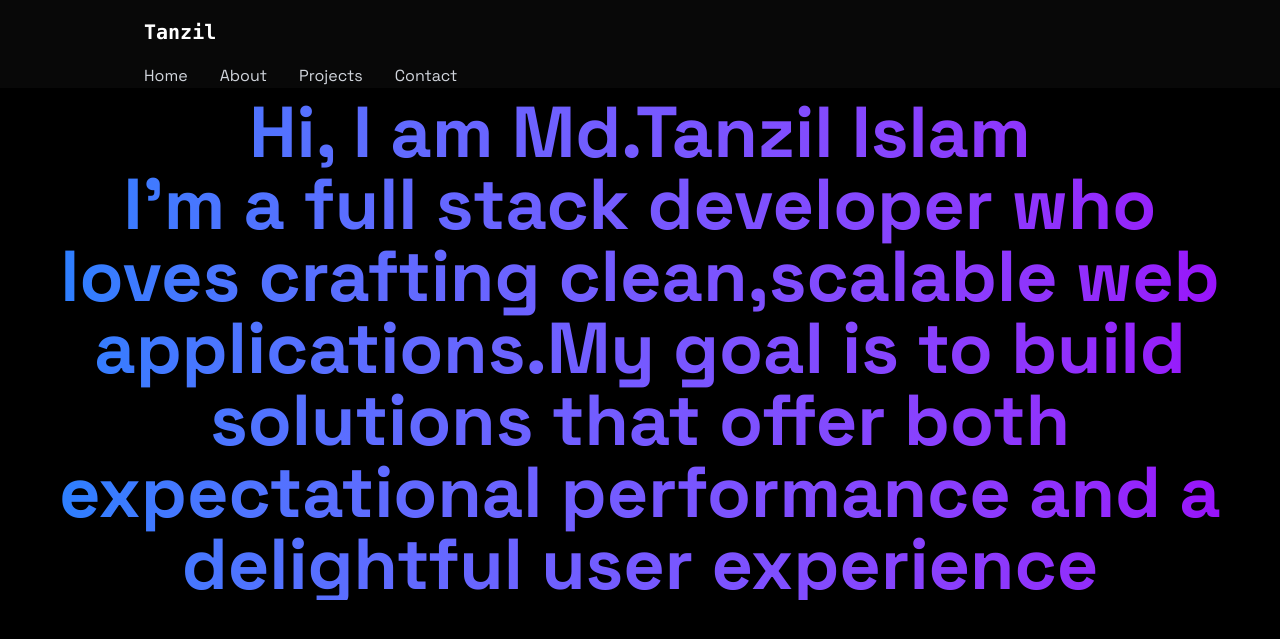
Repository: tanimtanzilislam/my_portfolio
Page: /
These files come from the project's save history. The page is drawn as it stood at one moment and after a run of saves; the edit follows.
The browser window is 1280 px wide. The pictures show the whole page.
The project was rebuilt for these pictures with package versions that can differ from the ones it lists, and the page was loaded fresh each time. Also part of the build but not shown: vite.config.js.

Above is the page before, as saved 2025-05-10 11:42:00.

### index.html
<!doctype html>
<html lang="en">
  <head>
    <meta charset="UTF-8" />
    <link rel="icon" type="image/svg+xml" href="/vite.svg" />
    <link rel="preconnect" href="https://fonts.googleapis.com" />
    <link rel="preconnect" href="https://fonts.gstatic.com" crossorigin />
    <link
    href="https://fonts.googleapis.com/css2?family=Space+Grotesk:wght@400;500;600;700&family=jetBrains+Mono:wght"
    rel="stylesheet"/>
    <meta name="viewport" content="width=device-width, initial-scale=1.0" />
    <title>Vite + React</title>
  </head>
  <body>
    <div id="root"></div>
    <script type="module" src="/src/main.jsx"></script>
  </body>
</html>

### src/index.css
@import "tailwindcss";

html, body {
  margin: 0;
  padding: 0;
  font-family: "Space Grotesk", sans-serif;
  background: #f3f4f6;
}

@layer utilities {

  @keyframes blink{
    0%,100%{
      opacity:1;
    }
    50%{
      opacity:0;
    }
  }
  .animated-blink {
    animation: blink 0.8s step-end infinite;
  }
  @keyframes loading {
    0% {
      transform: translateX(-100%);
    }
    100% {
      transform: translateX(250%);
    }
  }

  .animate-loading-bar {
    animation: loading 0.8s ease infinite;
  }
}

### src/App.jsx
import React, { useState } from 'react';
import './App.css';
import './index.css';
import { LoadingScreen } from './components/LoadingScreen';
import { Navbar } from './components/Navbar';
import { MobileMenu } from './components/MobileMenu';
import { Home } from './components/sections/Home';
function App() {
  const [isLoaded, setIsLoaded] = useState(false);
  const [menuOpen, setMenuOpen] = useState(false);

  return (
    <>
      {
        !isLoaded && <LoadingScreen onComplete={() => setIsLoaded(true)} />
      }
      <div className={`min-h-screen transition-opacity duration-700 ${isLoaded ? "opacity-100" :"opacity-0" } bg-black text-gray-100`}>
        {/* Your other content goes here */}

        <Navbar menuOpen={menuOpen} setMenuOpen={setMenuOpen}/>
        <MobileMenu menuOpen={menuOpen} setMenuOpen={setMenuOpen}/>
  <Home />
      </div>
    </>
  );
}

export default App

### src/App.css
@import "tailwindcss";

html,body {
  margin:0;
  padding:0;
  font-family: "Space Grotesk" ,sans-serif;
  background:#0a0a0a;
  color: #f3f4f6;
}

### src/components/LoadingScreen.jsx
import React, { useState, useEffect } from "react";

export const LoadingScreen = ({ onComplete }) => {
  const [text, setText] = useState("");
  const fullText = "<Hello World />";

  useEffect(() => {
    let index = 0;
    const interval = setInterval(() => {
      setText(fullText.substring(0, index));
      index++;
      if (index > fullText.length) {
        clearInterval(interval);
        // ✅ টাইপিং শেষ হলে onComplete() চালাও
        onComplete();
      }
    }, 100);

    return () => clearInterval(interval);
  }, [onComplete]);

  return (
    <div className="fixed inset-0 z-50 bg-black text-gray-100 flex flex-col items-center justify-center">
      <div className="mb-4 text-4xl font-mono font-bold">
        {text}
        <span className="animated-blink ml-1">|</span>
      </div>

      <div className="w-[200px] h-[2px] bg-gray-800 rounded relative overflow-hidden">
        <div className="w-[40px] h-full bg-blue-500 shadow-[0_0_15px_#3b82f6] animate-loading-bar"></div>
      </div>
    </div>
  );
};

### src/components/Navbar.jsx
import { useEffect } from "react";

export const Navbar = ({ menuOpen, setMenuOpen }) => {
  useEffect(() => {
    document.body.style.overflow = menuOpen ? "hidden" : "";
  }, [menuOpen]);

  return (
    <nav className="fixed top-0 w-full z-40 bg-[rgba(10,10,10,0.8)] backdrop-blur-lg border-white/10 shadow-lg">
      <div className="max-w-5xl mx-auto px-4">
        <div className="flex justify-between items-center h-16">
          <a href="#home" className="font-mono text-xl font-bold text-white">
            Tanzil<span className="text-blue-500"></span>
          </a>
          <div
            className="w-7 h-5 relative cursor-pointer z-40 md:hidden"
            onClick={() => setMenuOpen((prev) => !prev)}
          >
            &#9776;
          </div>
        </div>

        <div className="hidden md:flex items-center space-x-8">
          <a href="#home" className="text-gray-300 hover:text-white transition-colors">Home</a>
          <a href="#about" className="text-gray-300 hover:text-white transition-colors">About</a>
          <a href="#projects" className="text-gray-300 hover:text-white transition-colors">Projects</a>
          <a href="#contact" className="text-gray-300 hover:text-white transition-colors">Contact</a>
        </div>
      </div>
    </nav>
  );
};

### src/components/MobileMenu.jsx
import { useEffect } from "react";

export const MobileMenu = ({ menuOpen, setMenuOpen }) => {
  return (
    <div
      className={`fixed top-0 left-0 w-full bg-[rgba(10,10,10,0.8)] z-40 flex flex-col items-center justify-center
      transition-all duration-300 ease-in-out
      ${menuOpen ? "h-screen opacity-100 pointer-events-auto" : "h-0 opacity-0 pointer-events-none"}`}
    >
      <button
        onClick={() => setMenuOpen(false)}
        className="absolute top-6 right-6 text-white text-3xl focus:outline-none cursor-pointer"
        aria-label="close Menu"
      >
        &times;
      </button>

      <a href="#home" onClick={() => setMenuOpen(false)} className={`text-2xl font-semibold text-white my-4 transform transition-transform duration-300
        ${menuOpen ? "opacity-100 translate-y-0" : ""}`}>Home</a>

      <a href="#about" onClick={() => setMenuOpen(false)} className={`text-2xl font-semibold text-white my-4 transform transition-transform duration-300
        ${menuOpen ? "opacity-100 translate-y-0" : ""}`}>About</a>

      <a href="#projects" onClick={() => setMenuOpen(false)} className={`text-2xl font-semibold text-white my-4 transform transition-transform duration-300
        ${menuOpen ? "opacity-100 translate-y-0" : ""}`}>Projects</a>

      <a href="#contact" onClick={() => setMenuOpen(false)} className={`text-2xl font-semibold text-white my-4 transform transition-transform duration-300
        ${menuOpen ? "opacity-100 translate-y-0" : ""}`}>Contact</a>
    </div>
  );
};

### src/components/sections/Home.jsx
export const Home =()=>{
    return <section id="home" className="min-h-screen flex items-center justify-center relative">
        <div className="text-center z-10 px-14">
            <h1 className="text-5xl md:text-7xl font-bold mb-6 bg-gradient-to-r from-blue-500 to-purple-600 bg-clip-text text-transparent leading-right">Hi, I am Md.Tanzil Islam
                <p className="text">
                    I'm a full stack developer who loves crafting clean,scalable web applications.My goal is to build solutions that offer both expectational performance and a delightful user experience                </p>
            </h1>
        </div>
    </section>
}

Loaded but not shown: src/main.jsx (common file)

After the next 6 saves:
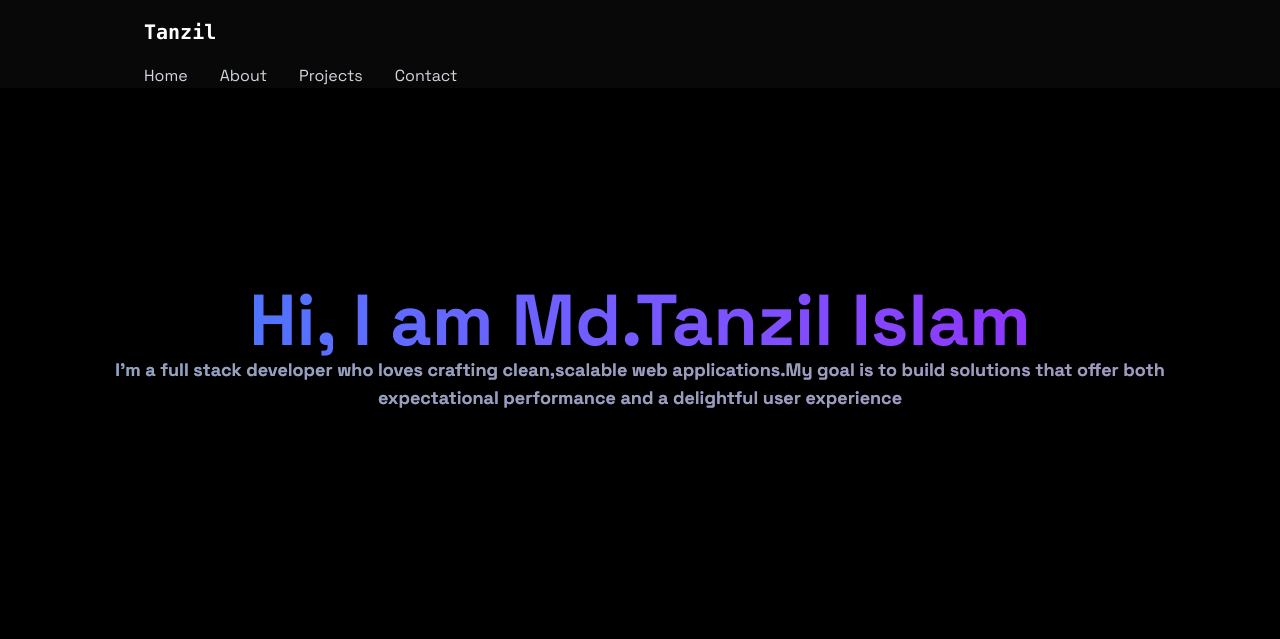
The 6 saves are shown as one change because they came seconds apart.
The last was saved 17 s later.
--- a/src/components/sections/Home.jsx
+++ b/src/components/sections/Home.jsx
@@ -2,7 +2,7 @@ export const Home =()=>{
     return <section id="home" className="min-h-screen flex items-center justify-center relative">
         <div className="text-center z-10 px-14">
             <h1 className="text-5xl md:text-7xl font-bold mb-6 bg-gradient-to-r from-blue-500 to-purple-600 bg-clip-text text-transparent leading-right">Hi, I am Md.Tanzil Islam
-                <p className="text">
+                <p  className="text-gray-400 text-lg">
                     I'm a full stack developer who loves crafting clean,scalable web applications.My goal is to build solutions that offer both expectational performance and a delightful user experience                </p>
             </h1>
         </div>
